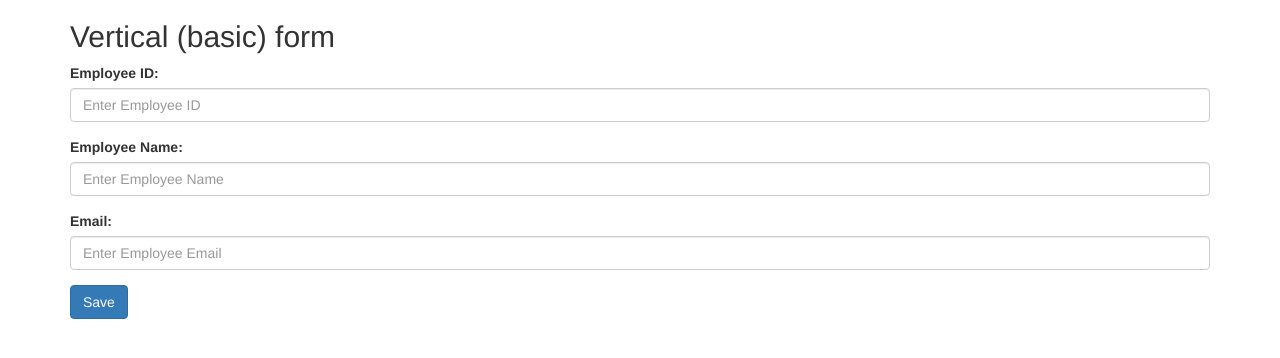
Repository: priyankajainmodi/JsonPowerDB
Page: index.html
The author's editor kept a copy of each file at every save. The page is drawn from the files as they stood at one save, then again after the next save.
The browser window is 1280 px wide. The pictures show the whole page.

Above is the page before, as saved 2022-06-15 15:35:30.

After the next save:
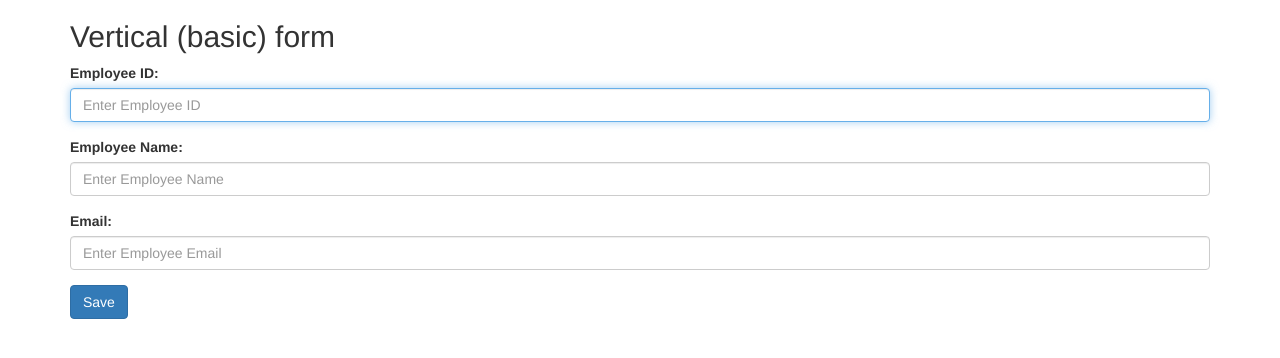
Saved 9 min 30 s later.
--- a/index.html
+++ b/index.html
@@ -30,10 +30,92 @@
         </form>
     </div>
     <script>
+        $("#empId").focus();
+
+        function validateAndGetFormData() {
+            var empIdVar = $("#empId").val();
+            if (empIdVar === "") {
+                alert("Employee ID Required Value");
+                $("#empId").focus();
+                return "";
+            }
+            var empNameVar = $("#empName").val();
+            if (empNameVar === "") {
+                alert("Employee Name is Required Value");
+                $("#empName").focus();
+                return "";
+            }
+            var empEmailVar = $("#empEmail").val();
+            if (empEmailVar === "") {
+                alert("Employee Email is Required Value");
+                $("#empEmail").focus();
+                return "";
+            }
+            var jsonStrObj = {
+                empId: empIdVar,
+                empName: empNameVar,
+                empEmail: empEmailVar,
+            };
+            return JSON.stringify(jsonStrObj);
+        }
+        // This method is used to create PUT Json request.
+        function createPUTRequest(connToken, jsonObj, dbName, relName) {
+            var putRequest = "{\n" +
+                "\"token\" : \"" +
+                connToken +
+                "\"," +
+                "\"dbName\": \"" +
+                dbName +
+                "\",\n" + "\"cmd\" : \"PUT\",\n" +
+                "\"rel\" : \"" +
+                relName + "\"," +
+                "\"jsonStr\": \n" +
+                jsonObj +
+                "\n" +
+                "}";
+            return putRequest;
+        }
+
+        function executeCommand(reqString, dbBaseUrl, apiEndPointUrl) {
+            var url = dbBaseUrl + apiEndPointUrl;
+            var jsonObj;
+            $.post(url, reqString, function(result) {
+                jsonObj = JSON.parse(result);
+            }).fail(function(result) {
+                var dataJsonObj = result.responseText;
+                jsonObj = JSON.parse(dataJsonObj);
+            });
+            return jsonObj;
+        }
+
+        function resetForm() {
+            $("#empId").val("")
+            $("#empName").val("");
+            $("#empEmail").val("");
+            $("#empId").focus();
+        }
+
         function saveEmployee() {
-            alert("it worked");
+            var jsonStr = validateAndGetFormData();
+            if (jsonStr === "") {
+                return;
+            }
+            var putReqStr = createPUTRequest("90936861|-31948784479254024|90932362",
+                jsonStr, "SAMPLE", "EMP-REL");
+            alert(putReqStr);
+            jQuery.ajaxSetup({
+                async: false
+            });
+            var resultObj = executeCommand(putReqStr,
+                "http://api.login2explore.com:5577", "/api/iml");
+            alert(JSON.stringify(resultObj));
+            jQuery.ajaxSetup({
+                async: true
+            });
+            resetForm();
         }
     </script>
+
 </body>
 
 </html>
